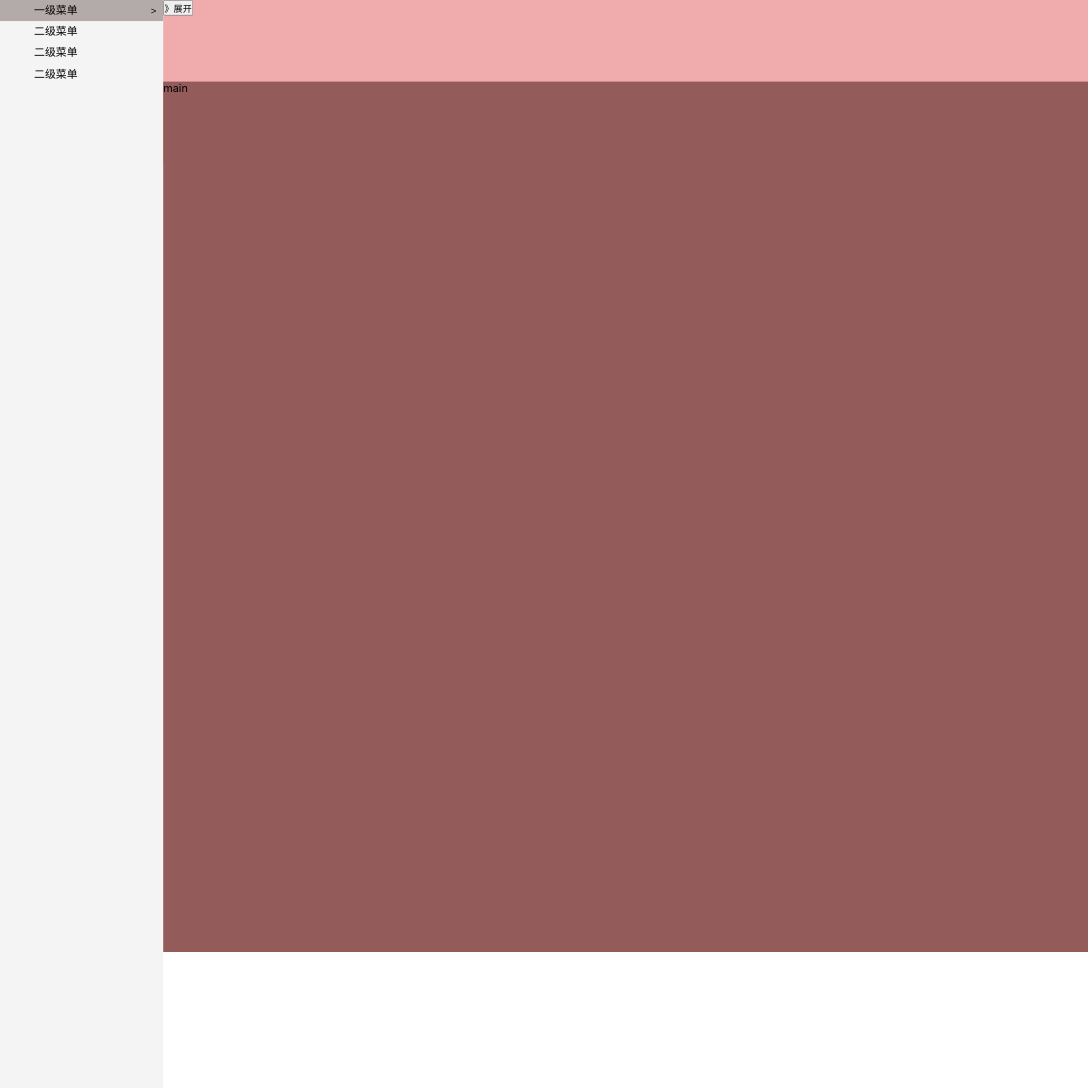
Repository: quinnlao/react_admin
Page: /
An editor plug-in stored every save of this project. The page is shown before and after a run of saves, followed by the edit.
The browser window is 1280 px wide. The page is 1600 px wide, so the pictures cover 1600 px, including what lies to the right of the window. The pictures show the whole page, at 68% of full size.
The project was rebuilt for these pictures with package versions that can differ from the ones it lists, and the page was loaded fresh each time.

Above is the page before, as saved 2022-06-10 17:31:58.

### public/index.html
<!DOCTYPE html>
<html lang="en">

<head>
  <meta charset="utf-8" />
  <link rel="icon" href="%PUBLIC_URL%/favicon.ico" />
  <meta name="viewport" content="width=device-width, initial-scale=1" />
  <meta name="theme-color" content="#000000" />
  <meta name="description" content="Web site created using create-react-app" />
  <link rel="apple-touch-icon" href="%PUBLIC_URL%/logo192.png" />
  <!--
      manifest.json provides metadata used when your web app is installed on a
      user's mobile device or desktop. See https://developers.google.com/web/fundamentals/web-app-manifest/
    -->
  <title>React App</title>
</head>

<body>
  <noscript>You need to enable JavaScript to run this app.</noscript>
  <div id="root"></div>
  <!--
      This HTML file is a template.
      If you open it directly in the browser, you will see an empty page.

      You can add webfonts, meta tags, or analytics to this file.
      The build step will place the bundled scripts into the <body> tag.

      To begin the development, run `npm start` or `yarn start`.
      To create a production bundle, use `npm run build` or `yarn build`.
    -->
</body>

</html>

### src/index.css
body {
  width: 100%;
  height: 100%;
  font-family: -apple-system, BlinkMacSystemFont, 'Segoe UI', 'Roboto', 'Oxygen',
    'Ubuntu', 'Cantarell', 'Fira Sans', 'Droid Sans', 'Helvetica Neue',
    sans-serif;
  -webkit-font-smoothing: antialiased;
  -moz-osx-font-smoothing: grayscale;
}

code {
  font-family: source-code-pro, Menlo, Monaco, Consolas, 'Courier New',
    monospace;
}

### src/App.js
import Aside from './aside/aside';
import Header from './header/header';
import Main from './main/main';
import './App.css';

function App() {
  return (
    <div className="App">
      <Aside></Aside>
      <Header></Header>
      <Main></Main>
    </div>
  );
}

export default App;

### src/aside/aside.jsx
import React from 'react';
import './aside.less';

export default function Aside() {
    return (
        <div className='aside'>
            <ul>
                <li className='menuTitle'>一级菜单
                    <ul className='childMenu'>
                        <li>二级菜单</li>
                        <li>二级菜单</li>
                        <li>二级菜单</li>
                    </ul>
                </li>
            </ul>
        </div>
    )
}

### src/header/header.jsx
import React from 'react';
import './header.less';

export default function Header() {
  // const [collapse,collapseChange]=useState();
  // collapseChange = () => { }
  return (
    <div className='header'>
      <button>
        》展开
      </button>
    </div>
  )
}

### src/main/main.jsx
import React from 'react';
import './main.less';

export default function Container() {
  return (
    <div className='main'>
      main
    </div>
  )
}

### src/App.css
* {
    margin: 0;
    padding: 0;
    box-sizing: border-box;
}
li{
    list-style: none;;
}

.App{
    width: 100%;
    height: 100%;
    position: relative;
}

### src/aside/aside.less
.aside{
    width: 15rem;
    height: 100rem;
    background-color: rgb(245, 244, 244);
    position: absolute;
    left: 0;
    top: 0;
    .menuTitle{
        position: relative;
        height: 31px;
        line-height: 31px;
        padding-left: 50px;
        .childMenu{

        }
    }
    .menuTitle:hover,.childMenu>li:hover {
        background-color: rgb(179, 170, 170,0.5);
    }
    .menuTitle::after {
        position: absolute;
        top: 1px;
        right: 10px;
        font-family: 'Courier New';
        content: '>';
        font-size: 14px;
    }
}

### src/header/header.less
.header{
    width: 85rem;
    height: 15rem;
    background-color: rgb(240, 172, 172);
    position: absolute;
    left: 15rem;
    top: 0;
}

### src/main/main.less
.main{
    width: 85rem;
    height: 80rem;
    background-color: rgb(148, 91, 91);
    position: absolute;
    left: 15rem;
    top: 120px;
    bottom: 20px;
}

Loaded but not shown: src/index.js (common file)

After the next 5 saves:
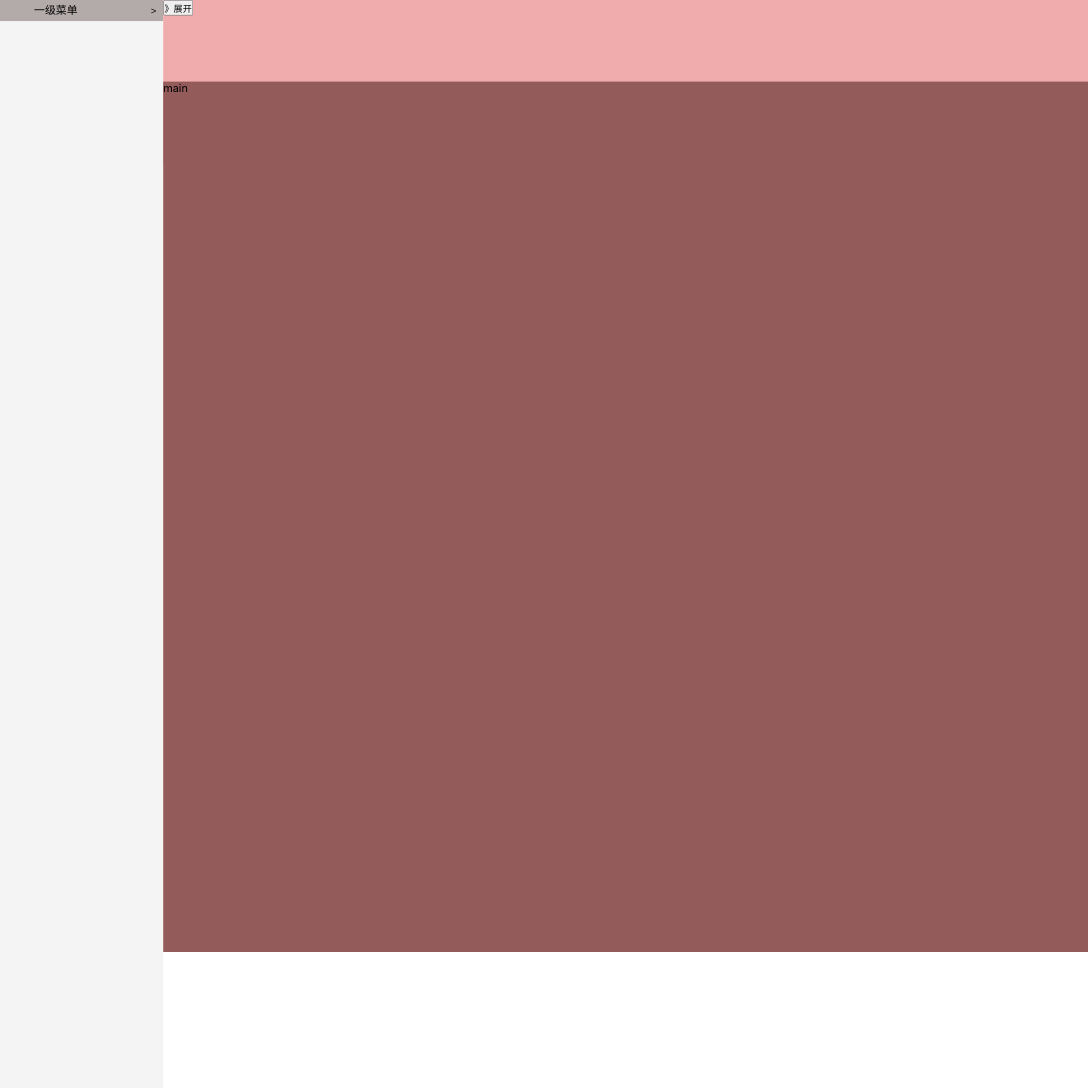
The 5 saves are shown as one change because they came seconds apart.
The last was saved 58 s later.
--- a/src/aside/aside.less
+++ b/src/aside/aside.less
@@ -11,7 +11,9 @@
         line-height: 31px;
         padding-left: 50px;
         .childMenu{
-
+            li{
+                display: none;
+            }
         }
     }
     .menuTitle:hover,.childMenu>li:hover {
